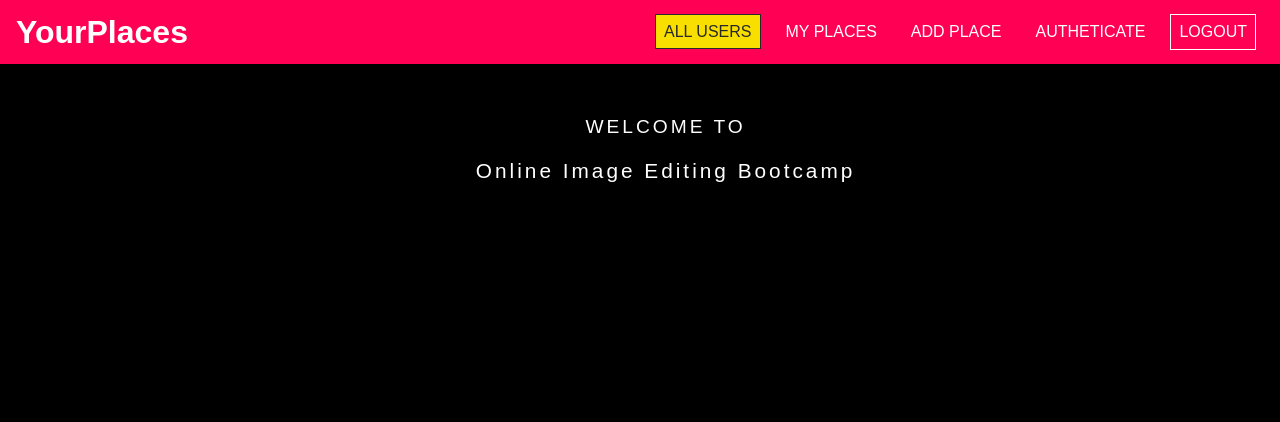
Repository: TanviSanyal/ImageEditingBootcamp
Page: /
The author's editor kept a copy of each file at every save. The page is drawn from the files as they stood at one save, then again after the next save.
The browser window is 1280 px wide. The pictures show the whole page.
The project was rebuilt for these pictures with package versions that can differ from the ones it lists, and the page was loaded fresh each time. Also part of the build but not shown: src/shared/components/navigation/SideDrawer.css, src/shared/components/UIElements/Backdrop.css, src/shared/components/UIElements/Backdrop.js.

Above is the page before, as saved 2020-09-26 23:00:35.

After the next save:
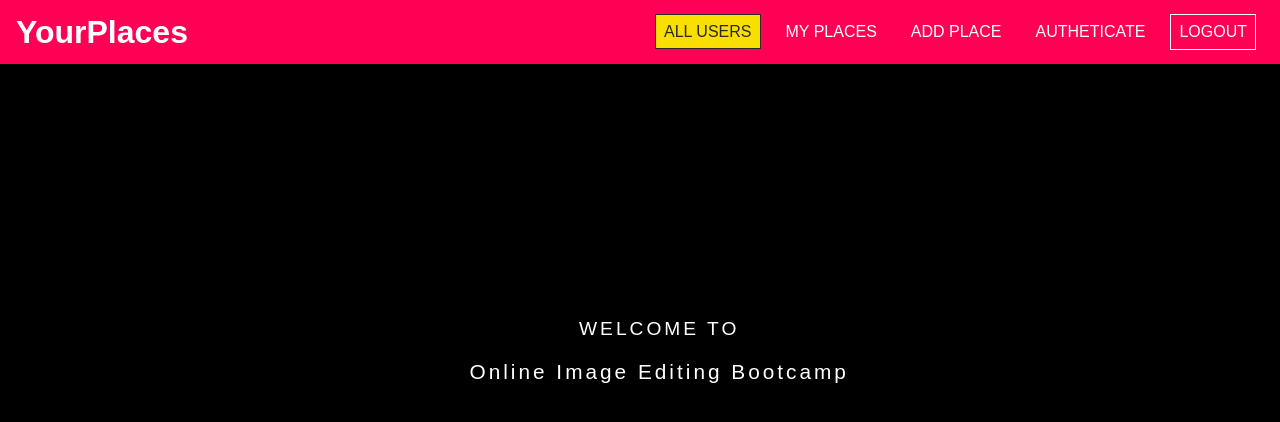
Saved 70 s later.
--- a/src/App.css
+++ b/src/App.css
@@ -5,11 +5,8 @@
 }
 .main-body{
   text-align: center;
-  /* position: absolute; */
-  padding-top: 5vh;
-  padding-left: 4%;
-
-  /* transform: translate(-50%,-50%); */
+  padding-top: 33vh;
+  padding-left: 3%;
 }
 
 span{
